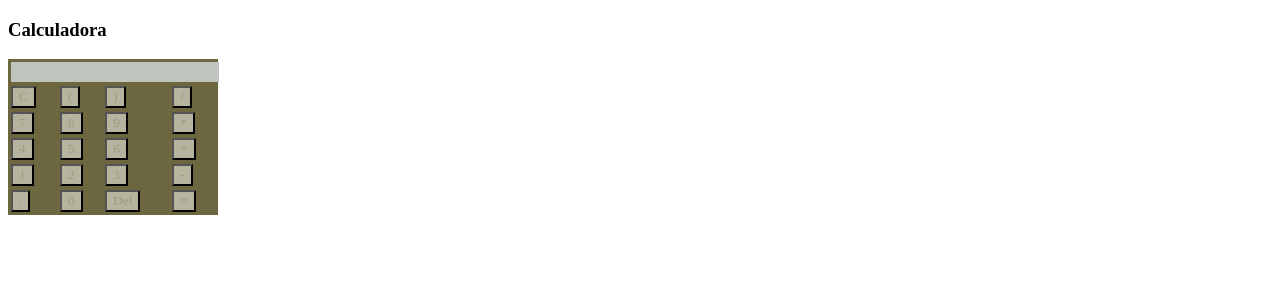
Repository: ServerK001/CalcJsVanilha
Page: index.html
These files come from the project's save history. The page is drawn as it stood at one moment and after the next save; the edit follows.
The browser window is 1280 px wide. The pictures show the whole page.
Some web fonts or font styles are not loaded; a fallback is used.

Above is the page before, as saved 2022-02-14 08:40:05.

After the next save:
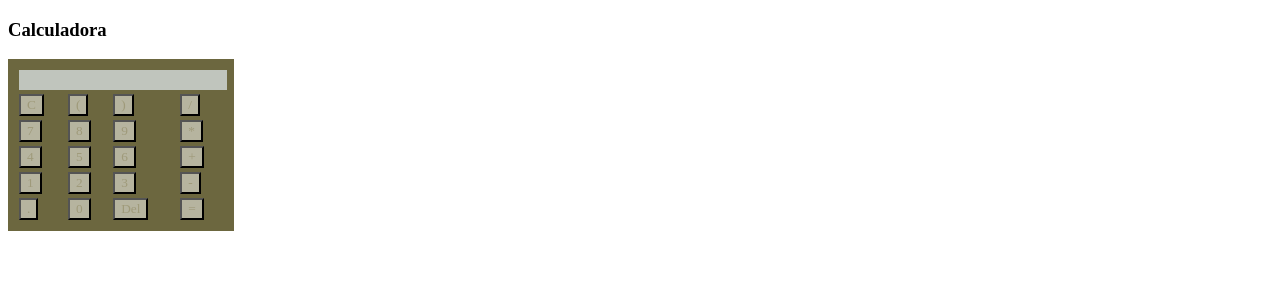
Saved 4 s later.
--- a/style.css
+++ b/style.css
@@ -27,5 +27,5 @@
 }
 .calculadora{
     background-color: var(--bgCalc);
-    pa
+    padding: 0.5rem;
 }
